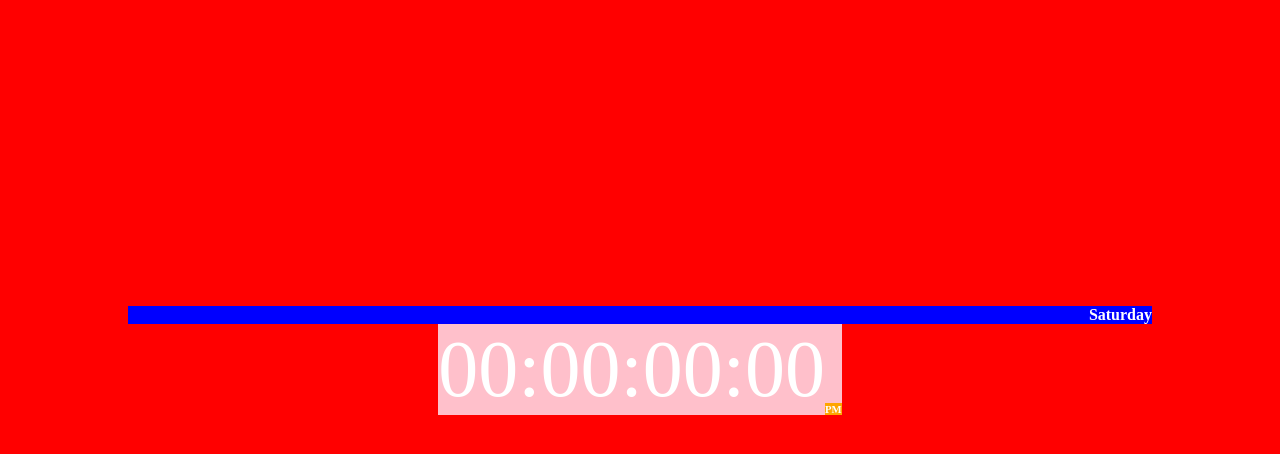
Repository: EguJaredoBoyd/Jared-Digital-Clock
Page: index.html
These files come from the project's save history. The page is drawn as it stood at one moment and after the next save; the edit follows.
The browser window is 1280 px wide. The pictures show the whole page.

Above is the page before, as saved 2026-01-03 23:09:18.

After the next save:
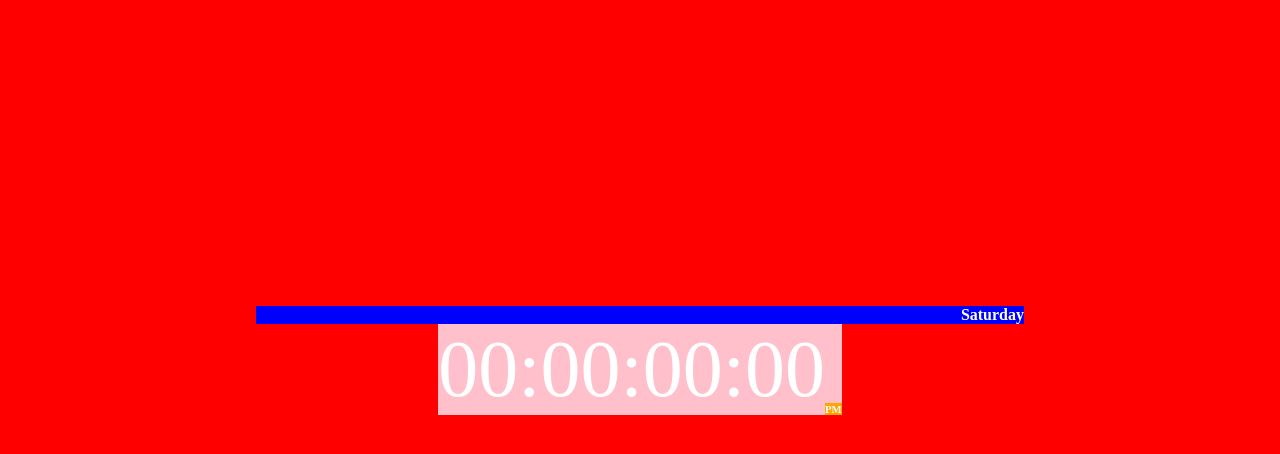
Saved 4 min 57 s later.
--- a/css/styles.css
+++ b/css/styles.css
@@ -20,7 +20,7 @@ body {
 
 .watch-container__day {
   background-color: blue;
-  width: 80vw;
+  width: 60vw;
   display: flex;
   justify-content: end;
 }
